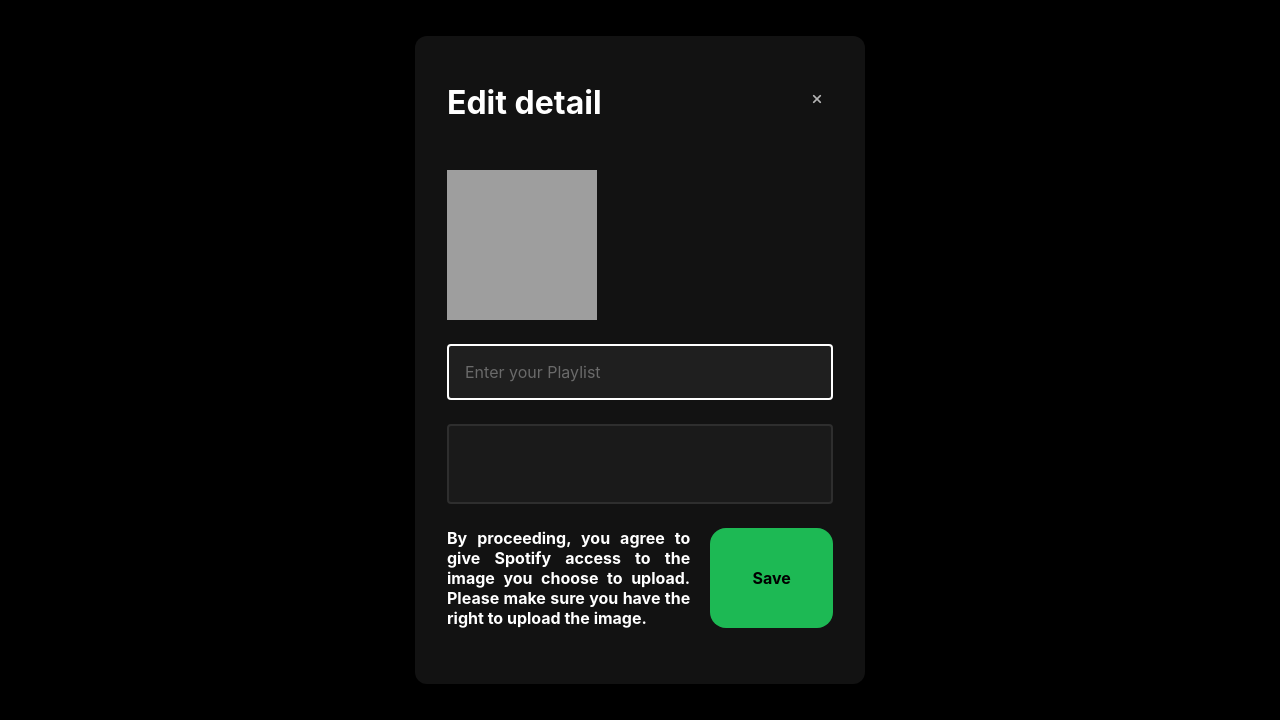
Repository: lannguyen1301/f8-zoom-module2
Page: nhap.html
These files come from the project's save history. The page is drawn as it stood at one moment and after the next save; the edit follows.
The browser window is 1280 px wide. The pictures show the whole page.
Pictures or frames that could not be fetched are drawn as grey boxes.

Above is the page before, as saved 2025-08-15 23:21:22.

### nhap.html
<!DOCTYPE html>
<html lang="en">

<head>
    <meta charset="UTF-8" />
    <meta name="viewport" content="width=device-width, initial-scale=1.0" />
    <title>Đen - Spotify</title>
    <!-- Font Awesome CDN -->
    <link rel="stylesheet" href="https://cdnjs.cloudflare.com/ajax/libs/font-awesome/6.5.1/css/all.min.css" />
    <link rel="stylesheet" href="css/reset.css" />
    <link rel="stylesheet" href="css/variables.css" />
    <link rel="stylesheet" href="css/components.css" />
    <link rel="stylesheet" href="css/layout.css" />
    <link rel="stylesheet" href="css/tooltips.css" />
    <link rel="stylesheet" href="css/responsive.css" />
    <style>
        .header-edit {
            display: flex;
            align-items: center;
            justify-content: space-between;
            margin-bottom: 48px;
            position: relative;
        }

        .modal-heading.header-edit-title {
            margin-bottom: 0;
        }

        .modal-close.modal-close-edit {
            position: absolute;
            top: 0;
            right: 0;


        }

        .profile-group {
            display: block;
            width: 150px;
            height: 150px;
            border-radius: 50%;
        }

        .profile-group .profile-img {
            display: block;
            width: 100%;
            height: 100%;
            object-fit: cover;
        }

        .input-profile {
            display: none;
        }

        .form-group .editor {
            height: auto;
            min-height: 80px;
            width: 100%;
            padding: var(--spacing-md);
            border: 2px solid var(--border-color);
            border-radius: var(--radius-sm);
            background-color: var(--bg-tertiary);
            color: var(--text-primary);
            font-size: 16px;
        }

        .editor::placeholder {
            color: var(--text-muted);
        }


        /* footer group */
        .footer-group {
            display: flex;
            gap: 20px;
        }

        .footer-group-desc {
            font-size: 16px;
            font-weight: bold;
            text-align: justify;
        }
    </style>
</head>

<body>
    <div class="modal-overlay show" id="authModal">
        <div class="modal-container">


            <div class="modal-content">
                <!-- <div class="modal-logo">
                    <i class="fab fa-spotify"></i>
                </div> -->

                <!-- Sign Up Form -->
                <div class="auth-form" id="signupForm" style="display: block;">
                    <div class="header-edit">
                        <h1 class="modal-heading header-edit-title">
                            Edit detail
                        </h1>
                        <button class="modal-close modal-close-edit" id="modalClose">
                            <i class="fas fa-times"></i>
                        </button>
                    </div>
                    <form class="auth-form-content">
                        <!-- Avatar -->
                        <div class="form-group">
                            <label for="profile" class="profile-group">
                                <img src="./assets/img/avatar-icon.png" alt="" class="profile-img">
                            </label>
                            <input type="file" name="profile" id="profile" class="input-profile" multiple required
                                accept="image/*" autofocus readonly>
                        </div>

                        <!-- My Playlist -->
                        <div class="form-group">
                            <!-- <label for="name">Display Name</label> -->
                            <input type="text" name="name" id="name" class="form-input" maxlength="20" minlength="5"
                                pattern="[" size="30" placeholder="Enter your Playlist" autocomplete="on"
                                spellcheck="false" autofocus="">
                        </div>

                        <!-- textarea -->
                        <div class="form-group">
                            <label for="editor" onclick="editor.focus()" hidden>Nội dung</label>
                            <div id="editor" class="editor" contenteditable="" placeholder="Nhập nội dung..."
                                name="content" oninput="content.innerHTML = this.innerHTML"></div>
                            <textarea id="content" name="content" hidden=""></textarea>
                        </div>

                        <div class="footer-group">
                            <p class="footer-group-desc">By proceeding, you agree to give Spotify access to the image
                                you choose to upload. Please
                                make sure you have the right to upload the image.</p>
                            <button type="submit" class="auth-submit-btn">
                                Save
                            </button>
                        </div>
                    </form>
                </div>

                <!-- Login Form -->
                <div class="auth-form" id="loginForm" style="display: none">
                    <h1 class="modal-heading">Log in to Spotify</h1>

                    <form class="auth-form-content">
                        <div class="form-group">
                            <input type="email" placeholder="Email address" class="form-input" id="loginEmail">
                            <div class="error-message">
                                <i class="fas fa-info-circle"></i>
                                <span>Please enter a valid email
                                    address</span>
                            </div>
                        </div>

                        <div class="form-group">
                            <input type="password" placeholder="Password" class="form-input" id="loginPassword">
                            <div class="error-message">
                                <i class="fas fa-info-circle"></i>
                                <span>Please enter your password</span>
                            </div>
                        </div>

                        <button type="submit" class="auth-submit-btn">
                            Log In
                        </button>
                    </form>

                    <div class="auth-switch">
                        <span>Don't have an account? </span>
                        <button class="auth-link" id="showSignup">
                            Sign up here
                        </button>
                    </div>
                </div>
            </div>
        </div>
    </div>
    <!-- <script src="main.js" type="module"></script> -->
    <!-- <script src="main.js" type="module"></script> -->
</body>

</html>

### css/reset.css
/* Reset CSS */
* {
    margin: 0;
    padding: 0;
    box-sizing: border-box;
}

html,
body {
    height: 100%;
    font-family: "Circular", -apple-system, BlinkMacSystemFont, "Segoe UI",
        Roboto, Oxygen, Ubuntu, Cantarell, sans-serif;
    background-color: var(--bg-primary);
    color: var(--text-primary);
    overflow: hidden;
}

button {
    border: none;
    background: none;
    cursor: pointer;
    font-family: inherit;
}

input {
    border: none;
    outline: none;
    font-family: inherit;
}

img {
    display: block;
    max-width: 100%;
    height: auto;
}

a {
    text-decoration: none;
    color: inherit;
}

ul,
ol {
    list-style: none;
}

/* Font Awesome icon base styles */
i {
    display: inline-block;
    font-style: normal;
}

### css/variables.css
/* CSS Variables */
:root {
    /* Colors */
    --bg-primary: #000000;
    --bg-secondary: #121212;
    --bg-tertiary: #1a1a1a;
    --bg-hover: #1f1f1f;
    --bg-active: #2a2a2a;

    --text-primary: #ffffff;
    --text-secondary: #b3b3b3;
    --text-muted: #6a6a6a;

    --accent-primary: #1db954;
    --accent-hover: #1ed760;
    --accent-active: #169c46;

    --border-color: #2e2e2e;
    --shadow: rgba(0, 0, 0, 0.5);

    /* Spacing */
    --spacing-xs: 4px;
    --spacing-sm: 8px;
    --spacing-md: 16px;
    --spacing-lg: 24px;
    --spacing-xl: 32px;
    --spacing-2xl: 48px;

    /* Border radius */
    --radius-sm: 4px;
    --radius-md: 8px;
    --radius-lg: 12px;
    --radius-xl: 16px;
    --radius-full: 50%;

    /* Transitions */
    --transition-fast: 0.15s ease;
    --transition-normal: 0.3s ease;
    --transition-slow: 0.5s ease;

    /* Z-index */
    --z-sidebar: 10;
    --z-header: 20;
    --z-player: 30;
    --z-modal: 40;
    --z-tooltip: 50;
}

### css/layout.css
/* Layout Styles */

.app-container {
    display: grid;
    grid-template-areas:
        "sidebar main"
        "player player";
    grid-template-columns: 280px 1fr;
    grid-template-rows: 1fr 72px;
    height: 100vh;
    gap: var(--spacing-sm);
    padding: var(--spacing-sm);
    background-color: var(--bg-primary);
}

/* Sidebar */
.sidebar {
    grid-area: sidebar;
    background-color: var(--bg-secondary);
    border-radius: var(--radius-md);
    padding: var(--spacing-lg);
    overflow-y: auto;
    z-index: var(--z-sidebar);
}

.sidebar-header {
    margin-bottom: var(--spacing-xl);
}

.logo i {
    font-size: 32px;
    color: var(--text-primary);
}

.sidebar-nav {
    display: flex;
    flex-direction: column;
    gap: var(--spacing-md);
}

.nav-section {
    display: flex;
    align-items: center;
    justify-content: space-between;
    margin-bottom: var(--spacing-md);
}

.nav-section .section-title {
    font-size: 16px;
    font-weight: 700;
    color: var(--text-secondary);
}

.nav-tabs {
    display: flex;
    gap: var(--spacing-sm);
    margin-bottom: var(--spacing-md);
}

.library-content {
    display: flex;
    flex-direction: column;
    gap: var(--spacing-xs);
}

/* Main Content */
.main-content {
    grid-area: main;
    background: linear-gradient(
        to bottom,
        #535353 0%,
        var(--bg-secondary) 250px
    );
    border-radius: var(--radius-md);
    display: flex;
    flex-direction: column;
    overflow: hidden;
}

.main-header {
    display: flex;
    align-items: center;
    justify-content: space-between;
    padding: var(--spacing-md) var(--spacing-lg);
    background-color: transparent;
    z-index: var(--z-header);
}

.search-container {
    flex: 1;
    display: flex;
    justify-content: flex-start;
    max-width: 420px;
}

.header-actions {
    display: flex;
    align-items: center;
    gap: var(--spacing-lg);
}

.auth-buttons {
    display: none;
    align-items: center;
    gap: var(--spacing-md);
}

.auth-buttons.show {
    display: flex;
}

.user-info {
    display: flex;
    align-items: center;
    /* justify-content: center; */
    gap: 8px;
}

.user-info.show {
    display: flex;
}

.content-wrapper {
    flex: 1;
    padding: 0 var(--spacing-lg) var(--spacing-lg);
    overflow-y: auto;
}

/* Player */
.player {
    grid-area: player;
    background-color: var(--bg-secondary);
    border-radius: var(--radius-md);
    padding: var(--spacing-md) var(--spacing-lg);
    display: flex;
    align-items: center;
    justify-content: space-between;
    z-index: var(--z-player);
    border-top: 1px solid var(--border-color);
}

.player-left {
    display: flex;
    align-items: center;
    gap: var(--spacing-md);
    min-width: 0;
    flex: 1;
    max-width: 300px;
}

.player-image {
    width: 56px;
    height: 56px;
    border-radius: var(--radius-sm);
    object-fit: cover;
}

.player-info {
    min-width: 0;
    flex: 1;
}

.player-title {
    font-size: 14px;
    font-weight: 400;
    color: var(--text-primary);
    white-space: nowrap;
    overflow: hidden;
    text-overflow: ellipsis;
    margin-bottom: 2px;
}

.player-artist {
    font-size: 11px;
    color: var(--text-secondary);
    white-space: nowrap;
    overflow: hidden;
    text-overflow: ellipsis;
}

.player-center {
    display: flex;
    flex-direction: column;
    align-items: center;
    gap: var(--spacing-sm);
    flex: 2;
    max-width: 722px;
}

.player-controls {
    display: flex;
    align-items: center;
    gap: var(--spacing-md);
}

.progress-container {
    display: flex;
    align-items: center;
    gap: var(--spacing-md);
    width: 100%;
}

.progress-bar {
    flex: 1;
}

.time {
    font-size: 11px;
    color: var(--text-secondary);
    min-width: 40px;
    text-align: center;
    font-weight: 400;
}

.player-right {
    display: flex;
    align-items: center;
    gap: var(--spacing-md);
    flex: 1;
    justify-content: flex-end;
    max-width: 300px;
}

.volume-container {
    display: flex;
    align-items: center;
    gap: var(--spacing-sm);
}

.volume-bar {
    width: 93px;
}

/* Scrollbar styling */
::-webkit-scrollbar {
    width: 12px;
}

::-webkit-scrollbar-track {
    background: transparent;
}

::-webkit-scrollbar-thumb {
    background: var(--bg-tertiary);
    border-radius: 6px;
    border: 2px solid transparent;
    background-clip: content-box;
}

::-webkit-scrollbar-thumb:hover {
    background: var(--bg-hover);
    background-clip: content-box;
}

### css/tooltips.css
.control-btn .tooltiptext {
    visibility: hidden;
    width: 120px;
    background-color: #555;
    color: #fff;
    text-align: center;
    border-radius: 6px;
    padding: 5px 0;
    position: absolute;
    z-index: 1;
    bottom: 125%;
    left: 50%;
    margin-left: -60px;
    opacity: 0;
    transition: opacity 0.3s;
}

.control-btn .tooltiptext::after {
    content: "";
    position: absolute;
    top: 100%;
    left: 50%;
    margin-left: -5px;
    border-width: 5px;
    border-style: solid;
    border-color: #555 transparent transparent transparent;
}

.control-btn:hover .tooltiptext {
    visibility: visible;
    opacity: 1;
}

### css/responsive.css
/* Responsive Styles */

/* Large Desktop */
@media (min-width: 1200px) {
    .artist-name {
        font-size: 96px;
    }

    .track-item {
        grid-template-columns: 16px 40px 4fr 1fr auto auto auto;
    }
}

/* Desktop */
@media (max-width: 1199px) and (min-width: 1024px) {
    .artist-name {
        font-size: 72px;
    }

    .track-item {
        grid-template-columns: 16px 40px 3fr 1fr auto auto auto;
    }
}

/* Tablet */
@media (max-width: 1023px) and (min-width: 768px) {
    .app-container {
        grid-template-columns: 240px 1fr;
    }

    .sidebar {
        padding: var(--spacing-md);
    }

    .artist-name {
        font-size: 48px;
    }

    .artist-hero {
        height: 280px;
    }

    .hero-content {
        bottom: var(--spacing-md);
        left: var(--spacing-md);
    }

    .track-item {
        grid-template-columns: 16px 40px 2fr auto auto auto;
        gap: var(--spacing-sm);
    }

    .track-plays {
        display: none;
    }

    .player-center {
        flex: 1.5;
    }

    .search-container {
        max-width: 300px;
    }
}

/* Mobile */
@media (max-width: 767px) {
    .app-container {
        grid-template-areas:
            "main"
            "player";
        grid-template-columns: 1fr;
        grid-template-rows: 1fr 72px;
        gap: 0;
        padding: 0;
    }

    .sidebar {
        display: none;
    }

    .main-content {
        border-radius: 0;
    }

    .main-header {
        padding: var(--spacing-md);
        flex-wrap: wrap;
        gap: var(--spacing-md);
    }

    .header-left {
        order: 1;
        flex: 0 0 auto;
    }

    .search-container {
        order: 3;
        flex: 1 1 100%;
        max-width: none;
    }

    .search-box {
        width: 100%;
    }

    .search-input {
        min-width: auto;
    }

    .artist-hero {
        height: 200px;
        margin: 0 -16px var(--spacing-md) -16px;
    }

    .hero-content {
        bottom: var(--spacing-sm);
        left: var(--spacing-sm);
    }

    .artist-name {
        font-size: 32px;
    }

    .monthly-listeners {
        font-size: 14px;
    }

    .content-wrapper {
        padding: 0 var(--spacing-md) var(--spacing-md);
    }

    .artist-controls {
        gap: var(--spacing-md);
        margin-bottom: var(--spacing-lg);
    }

    .play-btn-large {
        width: 48px;
        height: 48px;
    }

    .play-btn-large i {
        font-size: 20px;
    }

    .player-left {
        display: none;
    }

    .track-item {
        grid-template-columns: 16px 40px 1fr auto auto;
        gap: var(--spacing-sm);
        padding: var(--spacing-sm);
    }

    .track-plays {
        display: none;
    }

    .track-menu-btn {
        display: none;
    }

    .section-title {
        font-size: 20px;
    }

    .player {
        border-radius: 0;
        padding: var(--spacing-md);
        border-top: 1px solid var(--border-color);
    }

    .player-left {
        flex: 0 0 auto;
        min-width: 120px;
        max-width: 150px;
    }

    .player-image {
        width: 48px;
        height: 48px;
    }

    .player-info {
        max-width: 100px;
    }

    .player-title {
        font-size: 12px;
    }

    .player-artist {
        font-size: 10px;
    }

    .player-center {
        flex: 1;
        max-width: none;
    }

    .player-controls {
        gap: var(--spacing-sm);
    }

    .control-btn {
        width: 28px;
        height: 28px;
    }

    .control-btn i {
        font-size: 14px;
    }

    .play-btn {
        width: 32px;
        height: 32px;
    }

    .play-btn i {
        font-size: 14px;
    }

    .player-right {
        flex: 0 0 auto;
        gap: var(--spacing-sm);
        max-width: 120px;
    }

    .volume-container {
        display: none;
    }

    .progress-container {
        gap: var(--spacing-sm);
    }

    .time {
        font-size: 10px;
        min-width: 32px;
    }

    .pip-btn {
        display: none;
    }
}

/* Small Mobile */
@media (max-width: 480px) {
    .artist-name {
        font-size: 28px;
    }

    .verified-badge {
        font-size: 12px;
    }

    .verified-badge i {
        font-size: 14px;
    }

    .track-item {
        grid-template-columns: 16px 32px 1fr auto;
        gap: var(--spacing-xs);
    }

    .track-image img {
        width: 32px;
        height: 32px;
    }

    .track-name {
        font-size: 14px;
    }

    .track-duration {
        font-size: 12px;
    }

    .like-btn {
        display: none;
    }

    .player-left {
        min-width: 100px;
        max-width: 120px;
    }

    .player-info {
        max-width: 80px;
    }

    .player-right .control-btn:not(:nth-child(2)) {
        display: none;
    }

    .following-btn {
        font-size: 12px;
        padding: var(--spacing-xs) var(--spacing-sm);
    }
}

/* Hover states for touch devices */
@media (hover: none) {
    .like-btn,
    .track-menu-btn {
        opacity: 1;
    }

    .progress-handle,
    .volume-handle {
        opacity: 1;
    }
}

/* High DPI displays */
@media (-webkit-min-device-pixel-ratio: 2), (min-resolution: 192dpi) {
    .hero-image {
        image-rendering: -webkit-optimize-contrast;
        image-rendering: crisp-edges;
    }
}

/* Reduced motion */
@media (prefers-reduced-motion: reduce) {
    * {
        animation-duration: 0.01ms !important;
        animation-iteration-count: 1 !important;
        transition-duration: 0.01ms !important;
    }
}

/* Print styles */
@media print {
    .app-container {
        display: block;
    }

    .sidebar,
    .player {
        display: none;
    }

    .main-content {
        border-radius: 0;
        background: white;
        color: black;
    }

    .hero-overlay {
        display: none;
    }
}

Loaded but not shown: css/components.css (1104 lines, source omitted)

After the next save:
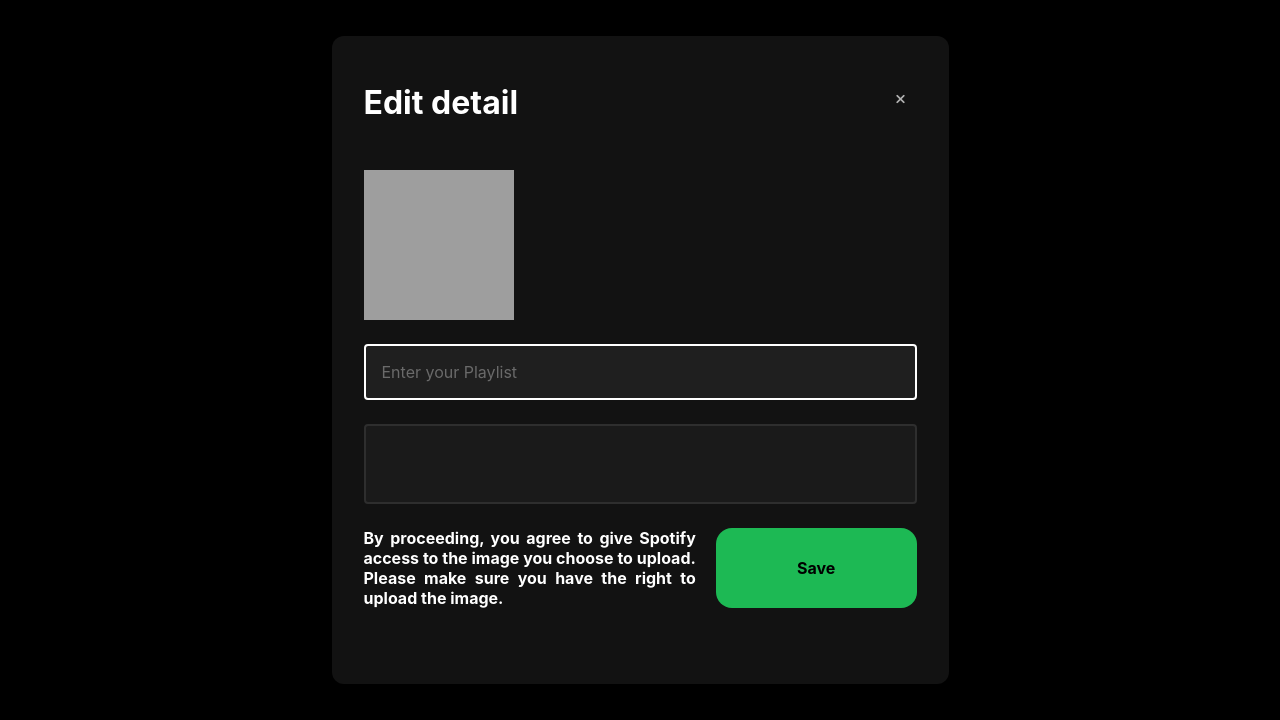
Saved 80 s later.
--- a/nhap.html
+++ b/nhap.html
@@ -14,6 +14,17 @@
     <link rel="stylesheet" href="css/tooltips.css" />
     <link rel="stylesheet" href="css/responsive.css" />
     <style>
+        .modal-container {
+            position: relative;
+            background-color: var(--bg-secondary);
+            border-radius: var(--radius-lg);
+            width: 100%;
+            max-width: 617px;
+            max-height: 90vh;
+            overflow-y: auto;
+            animation: modalSlideIn 0.3s ease-out;
+        }
+
         .header-edit {
             display: flex;
             align-items: center;

After the 2 saves that followed:
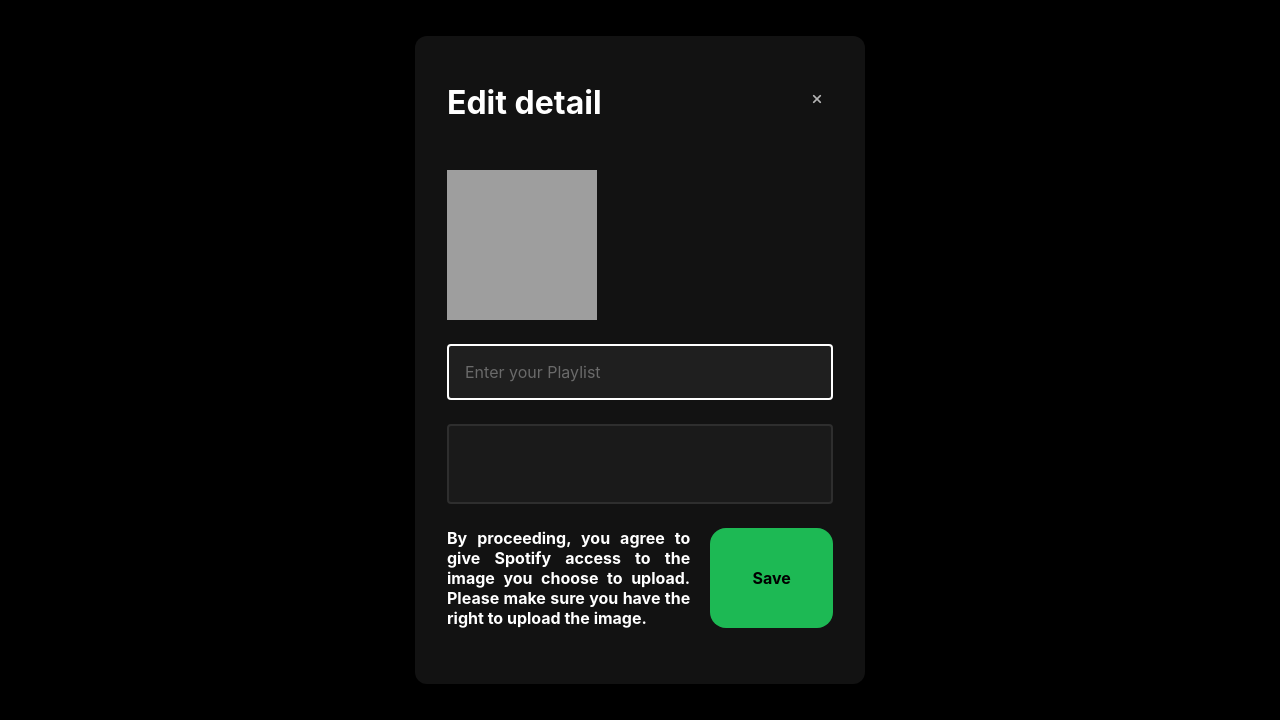
The 2 saves are shown as one change because 1 left the picture as it was.
The last was saved 45 s later.
--- a/nhap.html
+++ b/nhap.html
@@ -14,7 +14,7 @@
     <link rel="stylesheet" href="css/tooltips.css" />
     <link rel="stylesheet" href="css/responsive.css" />
     <style>
-        .modal-container {
+        .modal-container.modal-content-edit {
             position: relative;
             background-color: var(--bg-secondary);
             border-radius: var(--radius-lg);
@@ -99,7 +99,7 @@
         <div class="modal-container">
 
 
-            <div class="modal-content">
+            <div class="modal-content modal-content-edit">
                 <!-- <div class="modal-logo">
                     <i class="fab fa-spotify"></i>
                 </div> -->
